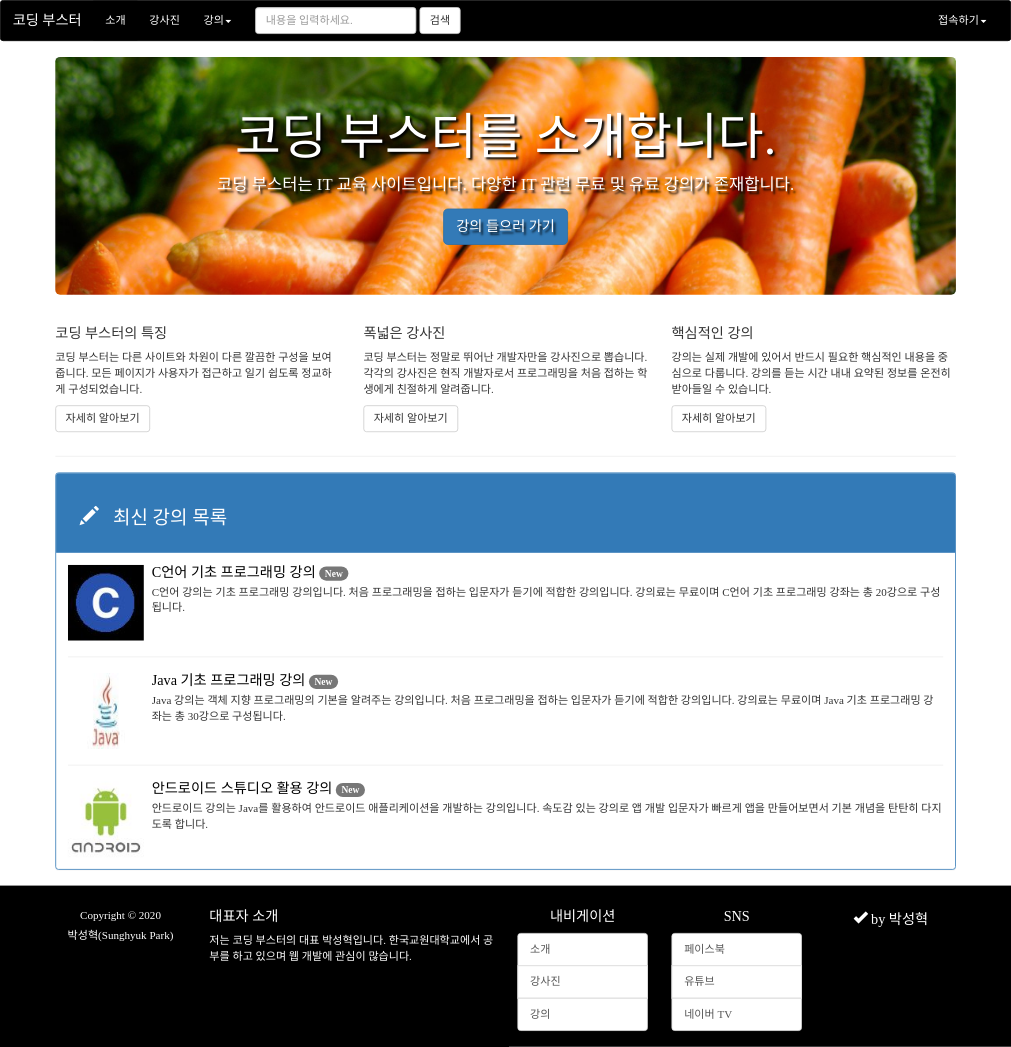
Repository: hyuk0u0/workspace_jsp
Page: http://localhost/MyProject/
These files come from the project's save history. The page is drawn as it stood at one moment and after the next save; the edit follows.
The browser window is 1280 px wide. The pictures show the whole page, at 79% of full size.
Some web fonts or font styles are not loaded; a fallback is used. The page is served by Tomcat 9.

Above is the page before, as saved 2020-06-24 00:37:02.

After the next save:
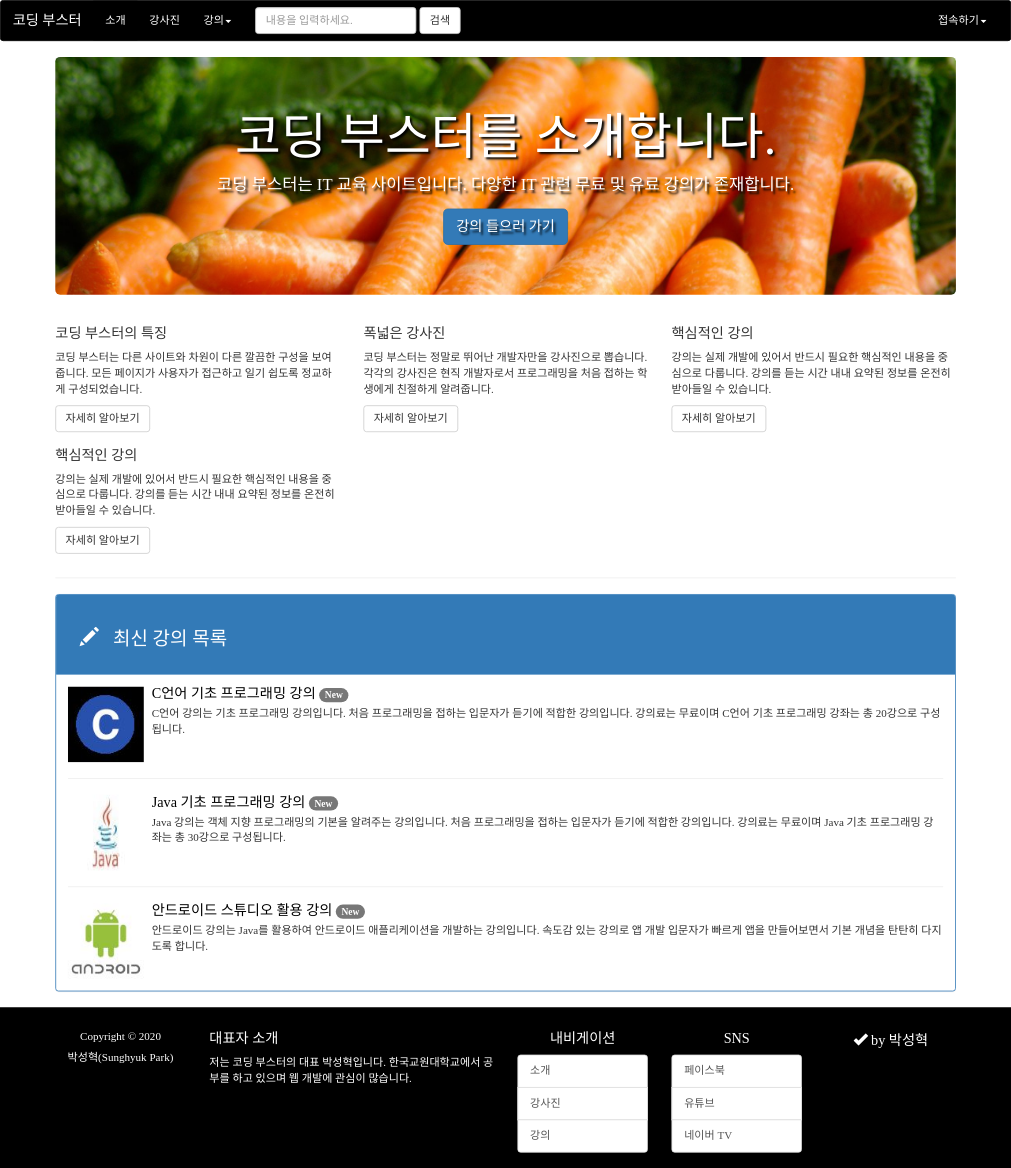
Saved 3 min 37 s later.
--- a/MyProject/WebContent/index.jsp
+++ b/MyProject/WebContent/index.jsp
@@ -97,6 +97,11 @@
 				<p>강의는 실제 개발에 있어서 반드시 필요한 핵심적인 내용을 중심으로 다룹니다. 강의를 듣는 시간 내내 요약된 정보를 온전히 받아들일 수 있습니다.</p>
 				<p><a class="btn btn-default" href="lecture.jsp">자세히 알아보기</a></p>
 			</div>
+						<div class="col-md-4">
+				<h4>핵심적인 강의</h4>
+				<p>강의는 실제 개발에 있어서 반드시 필요한 핵심적인 내용을 중심으로 다룹니다. 강의를 듣는 시간 내내 요약된 정보를 온전히 받아들일 수 있습니다.</p>
+				<p><a class="btn btn-default" href="lecture.jsp">자세히 알아보기</a></p>
+			</div>
 		</div>
 		<hr>
 		<div class="panel panel-primary">

After the 2 saves that followed:
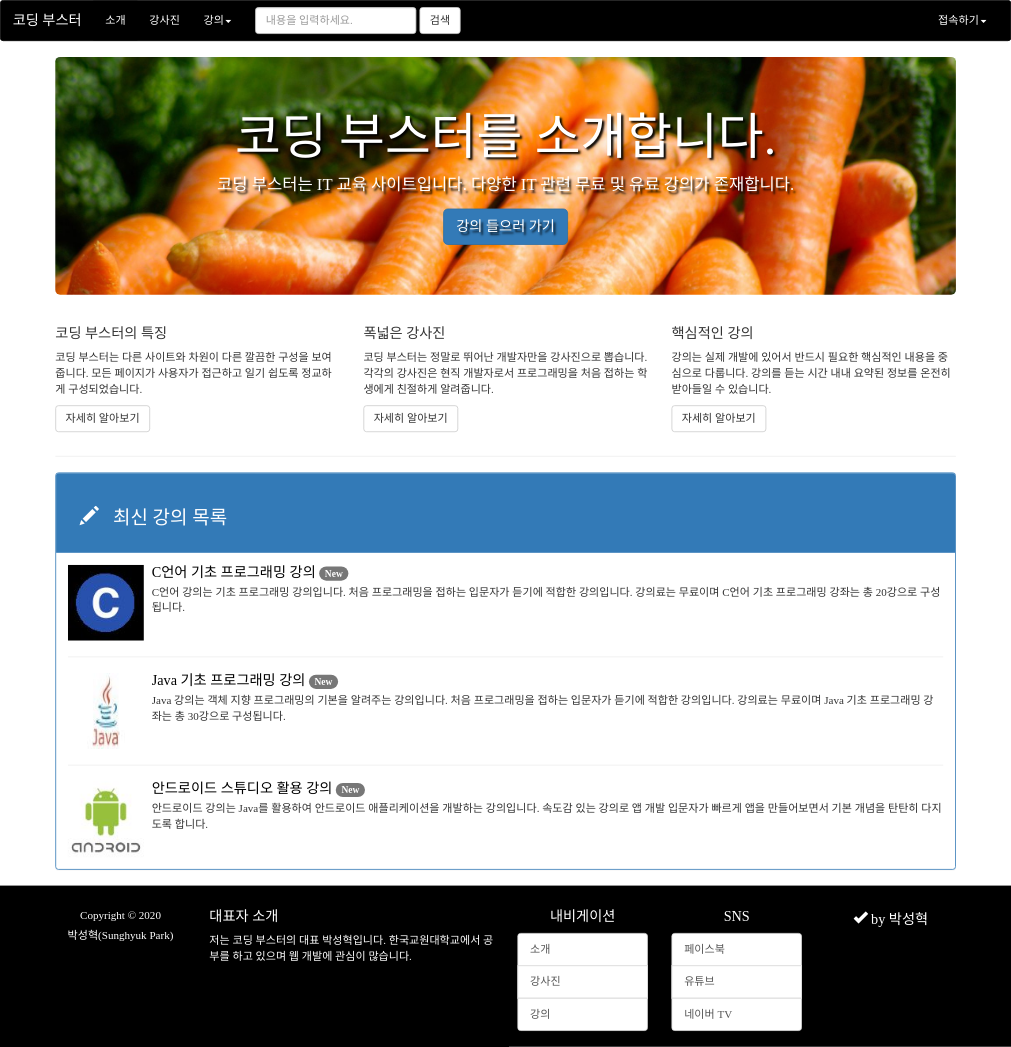
The 2 saves are shown as one change because they came seconds apart.
The last was saved 9 s later.
--- a/MyProject/WebContent/index.jsp
+++ b/MyProject/WebContent/index.jsp
@@ -97,11 +97,6 @@
 				<p>강의는 실제 개발에 있어서 반드시 필요한 핵심적인 내용을 중심으로 다룹니다. 강의를 듣는 시간 내내 요약된 정보를 온전히 받아들일 수 있습니다.</p>
 				<p><a class="btn btn-default" href="lecture.jsp">자세히 알아보기</a></p>
 			</div>
-						<div class="col-md-4">
-				<h4>핵심적인 강의</h4>
-				<p>강의는 실제 개발에 있어서 반드시 필요한 핵심적인 내용을 중심으로 다룹니다. 강의를 듣는 시간 내내 요약된 정보를 온전히 받아들일 수 있습니다.</p>
-				<p><a class="btn btn-default" href="lecture.jsp">자세히 알아보기</a></p>
-			</div>
 		</div>
 		<hr>
 		<div class="panel panel-primary">
